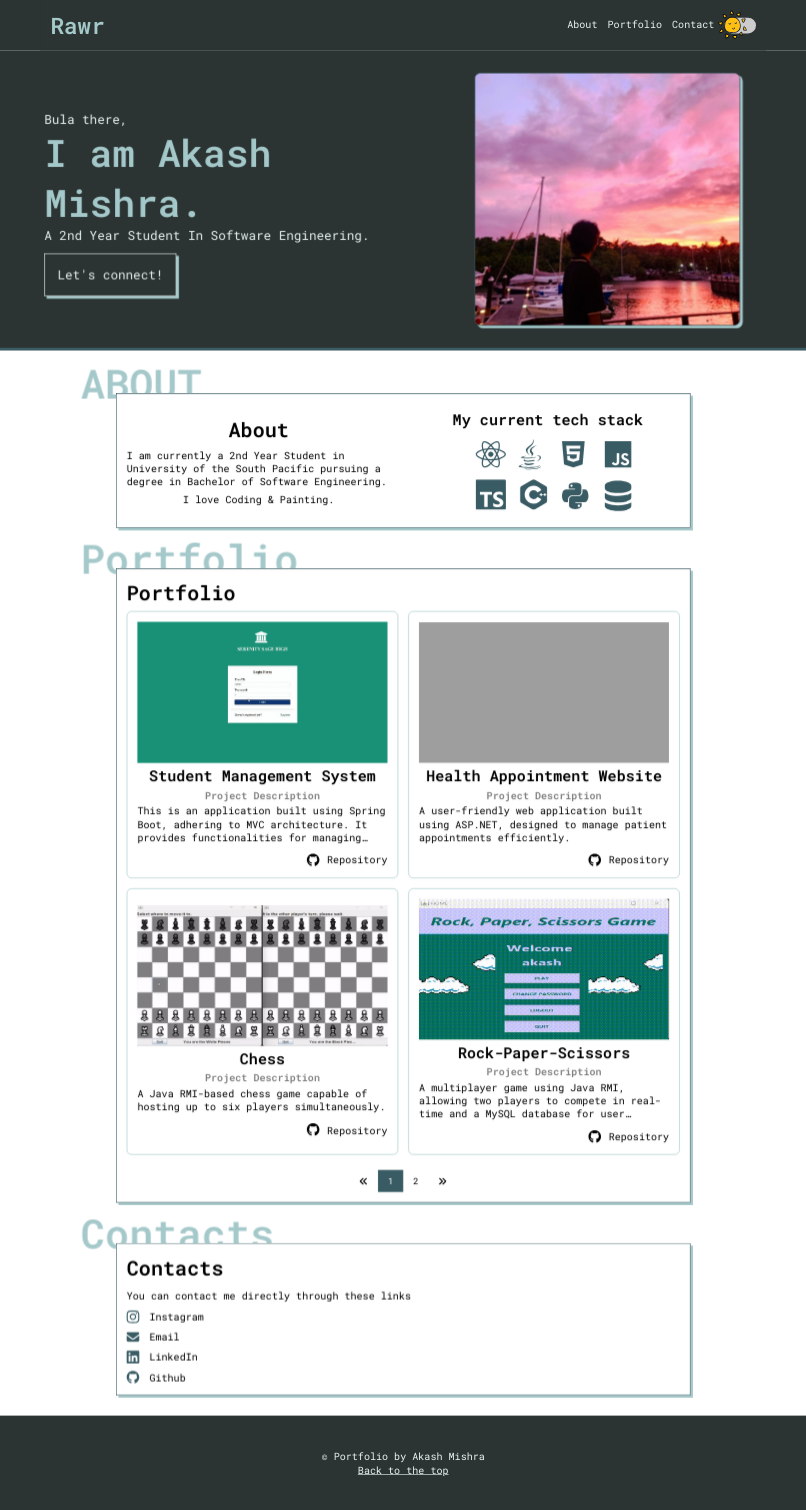
Repository: akashrawr/portfolio
Page: /
The author's editor kept a copy of each file at every save. The page is drawn from the files as they stood at one save, then again after the next save.
The browser window is 1280 px wide. The pictures show the whole page, at 63% of full size.
Pictures or frames that could not be fetched are drawn as grey boxes. The project was rebuilt for these pictures with package versions that can differ from the ones it lists, and the page was loaded fresh each time.

Above is the page before, as saved 2024-12-12 13:42:38.

### public/index.html
<!DOCTYPE html>
<html lang="en">
  <head>
    <meta charset="utf-8" />
    <link rel="icon" href="%PUBLIC_URL%/favicon.ico" />
    <meta name="viewport" content="width=device-width, initial-scale=1" />
    <meta name="theme-color" content="#000000" />
    <meta
      name="description"
      content="Personal web Portfolio"
    />
    <link rel="apple-touch-icon" href="%PUBLIC_URL%/logo192.png" />
    <!--
      manifest.json provides metadata used when your web app is installed on a
      user's mobile device or desktop. See https://developers.google.com/web/fundamentals/web-app-manifest/
    -->
    <link rel="manifest" href="%PUBLIC_URL%/manifest.json" />
    <!--
      Notice the use of %PUBLIC_URL% in the tags above.
      It will be replaced with the URL of the `public` folder during the build.
      Only files inside the `public` folder can be referenced from the HTML.

      Unlike "/favicon.ico" or "favicon.ico", "%PUBLIC_URL%/favicon.ico" will
      work correctly both with client-side routing and a non-root public URL.
      Learn how to configure a non-root public URL by running `npm run build`.
    -->
    <title>akashrawr</title>
  </head>
  <body>
    <noscript>You need to enable JavaScript to run this app.</noscript>
    <div id="root"></div>
    <!--
      This HTML file is a template.
      If you open it directly in the browser, you will see an empty page.

      You can add webfonts, meta tags, or analytics to this file.
      The build step will place the bundled scripts into the <body> tag.

      To begin the development, run `npm start` or `yarn start`.
      To create a production bundle, use `npm run build` or `yarn build`.
    -->
  </body>
</html>

### src/App.js
import React, { useState, useEffect } from 'react';
import './App.css';
import AOS from 'aos';
import 'aos/dist/aos.css';

// Import components
import Header from './components/Header';
import Hero from './components/Hero';
import About from './components/About';
import Portfolio from './components/Portfolio';
import Contact from './components/Contact';
import Footer from './components/Footer';

function App() {
  useEffect(() => {
    AOS.init({ once: true, delay: 0 });
  }, []);

  const [isNavVisible, setIsNavVisible] = useState(false);
  const [darkMode, setDarkMode] = useState(false);

  const toggleNav = () => {
    setIsNavVisible(!isNavVisible);
  };

  const toggleDarkMode = () => {
    setDarkMode(!darkMode);
    document.body.classList.toggle('dark-mode', !darkMode);
  };

  return (
    <div>
      <Header
        isNavVisible={isNavVisible}
        toggleNav={toggleNav}
        darkMode={darkMode}
        toggleDarkMode={toggleDarkMode}
      />
      <main>
        <Hero />
        <About />
        <Portfolio />
        <Contact />
      </main>
      <Footer />
    </div>
  );
}

export default App;

### src/App.css
@import url("https://fonts.googleapis.com/css2?family=Roboto+Mono:wght@300;400;600&display=swap");

:root {
  --primary-color: #2c3333;
  --secondary-color: #395b64;
  --accent-1: #a5c9ca;
  --accent-2: #e7f6f2;
  --neutral-1: black;
  --neutral-2: white;
  --neutral-3: white;
  --neutral-4: black;
  --icon-1: #395b64;

  --dark-primary-color: #121212;
  --dark-secondary-color: #1f1f1f;
  --dark-accent-1: #6c757d;
  --dark-accent-2: #adb5bd;
  --dark-neutral-1: #ffffff;
  --dark-neutral-2: #121212;
  --dark-neutral-3:#1f1f1f;
  --dark-neutral-4: #938f8f;
  --dark-icon-1: #938f8f;

}

*,
*::after,
*::before {
  margin: 0;
  padding: 0;
  font-family: "Roboto Mono", monospace;
  box-sizing: border-box;


}

html {
  scroll-behavior: smooth;
}

body {
  overflow-x: hidden;
  background-color: var(--neutral-3);
  color: var(--neutral-1);
  font-family: "Roboto Mono", monospace;
}

body.dark-mode {
  --primary-color: var(--dark-primary-color);
  --secondary-color: var(--dark-secondary-color);
  --accent-1: var(--dark-accent-1);
  --accent-2: var(--dark-accent-2);
  --neutral-1: var(--dark-neutral-1);
  --neutral-2: var(--dark-neutral-2);
  --neutral-3: var(--dark-neutral-3);
  --neutral-4: var(--dark-neutral-4);
  --icon-1:var(--dark-icon-1);
}


/* Navbar styles */

header {
  display: flex;
  align-items: center;
  justify-content: center;

  max-width: 100vw;
  background-color: var(--primary-color);
}

a {
  font-size: 14px;
  text-decoration: none;
}

h1 {
  font-family: "Roboto Mono", monospace;
}

.navbar-nav {
  display: flex;
  align-items: center;
  justify-content: space-between;
  background-color: var(--primary-color);
  padding: 1rem;
  width: 90%;
}

.nav-logo {
  grid-column: 1;
}

.nav-logo > h1 {
  font-size: 30px;
  color: var(--accent-1);
}

.primary-nav {
  display: flex;
  list-style: none;
  gap: 16px;

  grid-column: 2;
  justify-self: end;
}

.mobile-nav-toggle {
  display: none;
  cursor: pointer;
}

.nav-link:link,
.nav-link:visited {
  font-size: 16px;
  color: var(--accent-2);

  transition: 300ms ease-in-out;
}

.nav-link:hover {
  font-weight: 600;
  color: var(--accent-1);
}


/* Dark mode toggle button */
.theme-toggle {
  background: none;
  border: none;
  cursor: pointer;
  padding: 8px;
  display: flex;
  align-items: center;
}

.nav-icons {
  --size: 30px;
  width: var(--size);
  aspect-ratio: 1;
  cursor: pointer;
}



@media only screen and (max-width: 35em) {
  .primary-nav {
    position: fixed;
    top: 0;
    right: 0;
    bottom: 0;
    width: 125px;

    flex-direction: column;
    padding: min(15vh, 3rem) 1rem;
    background-color: var(--primary-color);
    border-left: 2px solid rgb(111, 111, 111); /* Add this line for the left border */

    z-index: 9999;

    transform: translateX(100%);
    transition: transform 350ms ease-out;
  }


  .nav-link:link,
  .nav-link:visited {
    font-size: 15px;
    color: var(--accent-1);
  }

  .primary-nav[data-visible="true"] {
    transform: translateX(0%);
  }

  .mobile-nav-toggle[aria-expanded="true"] {
    background: url('data:[embedded picture, 416 characters]') center center no-repeat;
  }

  .mobile-nav-toggle {
    display: block;
    position: absolute;
    background: url('data:[embedded picture, 417 characters]') center center no-repeat;

    width: 1.25rem;
    aspect-ratio: 1;

    border: none;

    top: 1.4rem;
    right: 2.5rem;
    z-index: 10000;

    transition: 250ms ease-in-out;
  }
}

/* Section styles */

section {
  display: flex;
  align-items: center;
  justify-content: center;

  max-width: 100vw;
  position: relative;
}

/* HERO SECTION */
#hero {
  background-color: var(--primary-color);
  border-bottom: 4px solid var(--secondary-color);
  padding: 2.2rem;
}

/* Main container for text and image */
.hero-main-container {
  display: flex;
  flex-wrap: wrap;
  align-items: center;
  justify-content: space-between;
  gap: 16px;
}

/* Text Container */
.hero-container {
  flex: 1;
  display: flex;
  flex-direction: column;
  gap: 16px;
  padding: 2.2rem;
  width: 90%;
  height: 350px;
  animation: fade-in 500ms linear forwards;
}

.hero-text-container > h2 {
  font-size: 28px;
  color: var(--accent-1);
}

.hero-text-container > p {
  font-size: 12px;
  color: var(--accent-2);
}

.hero-button {
  align-self: flex-start;

  font-size: 14px;
  padding: 1em;

  color: var(--accent-2);
  background-color: transparent;

  border: 1px solid var(--accent-2);
  box-shadow: 4px 4px 0px var(--accent-1);

  transition: 300ms ease-in-out;
}

.hero-button:hover {
  background-color: var(--accent-2);
  color: var(--primary-color);
  box-shadow: 6px 6px 0px var(--secondary-color);
}

/* Image Container */
.hero-img {
  flex: 1;
  display: flex;
  justify-content: center;
  align-items: center;
}

.hero-image {
  max-width: 75%;
  height: auto;
  border-radius: 10px;
  box-shadow: 0 4px 8px rgba(0, 0, 0, 0.1);
  border: 1px solid var(--secondary-color);
  background-color: var(--neutral-2);

  width: 100%;


  box-shadow: 4px 4px 0px var(--accent-1);
}


/* Responsive Styles */
@media screen and (max-width: 768px) {
  .hero-main-container {
    flex-direction: column;
  }

  .hero-img {
    margin-top: 20px;
  }

  .hero-text-container {
    text-align: left;
  }
}
.hero-text-container > h2 {
  font-size: 20px;
  color: var(--accent-1);
}
.project-card > h3 {
  font-size: 12px;
  color: var(--secondary-color);
}

/* ABOUT */

#about {
  padding: 2rem;
  margin-top: 36px;
  animation: fade-in 500ms linear forwards;

}

.wave-asset {
  width: 100%;
  position: absolute;

  top: 0;
  left: 0;
}

.about-container {
  display: flex;
  align-items: center;
  justify-content: center;
  background-color: var(--neutral-2);
  width: 90%;
  z-index: 999;
}

.about-card,
.portfolio-card,
.contact-card {
  display: flex;
  flex-direction: column;
  gap: 16px;
  border: 1px solid var(--secondary-color);
  background-color: var(--neutral-2);

  width: 100%;
  padding: 1rem;

  box-shadow: 4px 4px 0px var(--accent-1);
}

.about-content,
.portfolio-content {
  width: 100%;
  display: flex;
  flex-direction: column;
  gap: 8px;
}

.about-content > h2,
.about-content > h3 {
  color: var(--neutral-4);
}

.about-content > p {
  font-size: 12px;
  color: var(--neutral-4);
}

.tech-stack-grid {
  width: 65%;
  display: grid;
  grid-template-columns: repeat(4, 1fr);
  place-items: center;
}

.tech-stack {
  --size: 30px;
  width: var(--size);
  aspect-ratio: 1;
}

/* Portfolio container */

#portfolio {
  padding: 2rem;
  animation: fade-in 500ms linear forwards;
}

.portfolio-container {
  width: 90%;
  z-index: 999;
}

.project-container {
  display: grid;
  grid-template-columns: repeat(2, 1fr);
  gap: 16px;
}

.portfolio-content > h2 {
  color: var(--neutral-4);
}

.project-card {
  display: flex;
  flex-direction: column;
  gap: 4px;

  padding: 1rem;
  border-radius: 8px;
  border: 1px solid var(--accent-1);
}

.project-card > h3 {
  color: var(--neutral-4);
}

.project-card > h5 {
  color: var(--neutral-4);
  opacity: 0.5;
}

.project-card > p {
  font-size: 12px;
  width: 100%;
  display: -webkit-box;
  -webkit-box-orient: vertical;
  -webkit-line-clamp: 3;
  overflow: hidden;
  color: var(--neutral-4);
}

.project-img {
  width: 100%;
  aspect-ratio: 16/9;
}

.project-card-links {
  align-self: flex-end;

  margin-top: 10px;
  display: flex;
  align-items: center;
  gap: 12px;
}

.project-icons {
  --size: 20px;
  width: var(--size);
  aspect-ratio: 1;
}

.project-card-links > a {
  display: flex;
  align-items: center;
  color: var(--neutral-4);
  font-size: 10px;
  gap: 4px;
}

.project-card-links > a:link,
.project-card-links > a:visited {

  color: var(--neutral-4);
}

.project-card-links > a:hover {
  font-weight: 600;
  color: var(--accent-1);
}

/* CONTACT */
#contact {
  padding: 2rem;
  animation: fade-in 500ms linear forwards;
}

.contact-container {
  width: 90%;
  z-index: 999;
}

.contact-card {
  width: 100%;
  gap: 12px;
}
.contact-card > h2 {
    color: var(--neutral-4);
}

.contact-card > p {
  font-size: 12px;
  color: var(--neutral-4);
}

.contact-links {
  display: flex;
  flex-direction: column;
  gap: 8px;
}

.contact-links > a {
  display: flex;
  align-items: center;
  gap: 8px;
}

.contact-links > a:link,
.contact-links > a:visited {
  color: var(--neutral-4);
}

.contact-links > a:hover {
  font-weight: 600;
  color: var(--accent-1);
}
.contact-icons {
  --size: 20px;
  width: var(--size);
  aspect-ratio: 1;
}

/* extras */
.section-highlight {
  font-size: 4rem;
  font-weight: 600;
  opacity: 0.5;
  color: var(--accent-1);

  position: absolute;
  top: 0;
  left: 100px;
}

/* footer */
footer {
  display: flex;
  align-items: center;
  justify-content: center;
  color: var(--accent-2);
  max-width: 100vw;
  background-color: var(--primary-color);
  min-height: 150px;
}

.footer-content {
  text-align: center;
  font-size: 12px;
  width: 90%;

  color: var(--accent-2);
}

.footer-content > a {
  text-decoration: underline;
}

.footer-content > a:link,
.footer-content > a:visited {
  color: var(--accent-2);
}

.footer-content > a:hover {
  color: var(--accent-1);
}
/* media queries */

@media only screen and (max-width: 35em) {
  .hero-container {
    padding: 1rem;
    height: 200px;
  }
  .project-container {
    grid-template-columns: 1fr;
  }
  .tech-stack-grid {
    width: 100%;
  }
  .section-highlight {
    font-size: 3.5rem;
    top: -16px;
    left: 6vw;
  }
}

@media only screen and (min-width: 35em) {
  .hero-container {
    height: 250px;
  }
  .about-container,
  .portfolio-container,
  .contact-container {
    width: 75%;
  }

  .about-card,
  .portfolio-card {
    align-items: center;
    justify-content: center;
    flex-direction: row;
    gap: 20px;
  }

  .section-highlight {
    top: -26px;
    left: 10vw;
  }
}

@media only screen and (min-width: 768px) {
  .nav-logo > h1 {
    font-size: 36px;
  }

  /* hero */
  .hero-container {
    height: 350px;
  }

  .hero-text-container > p {
    font-size: 20px;
  }

  .hero-text-container > h2 {
    font-size: 60px;
  }

  .hero-button {
    font-size: 20px;
  }

  /* about */
  .about-card {
    gap: 40px;
  }

  .about-content > h2 {
    font-size: 32px;
  }

  .about-content > h3 {
    font-size: 24px;
  }

  .about-content > p {
    font-size: 16px;
  }

  .tech-stack-section {
    align-self: flex-start;
    margin-top: 8px;
  }

  .tech-stack {
    --size: 40px;
    width: var(--size);
    aspect-ratio: 1;
  }

  /* portfolio */
  .portfolio-content > h2 {
    font-size: 32px;
  }

  .project-card > h3 {
    font-size: 24px;
  }

  .project-card > h5,
  .project-card > p {
    font-size: 16px;
  }

  .project-card-links > a {
    font-size: 16px;
  }

  /* contacts */
  .contact-card > h2 {
    font-size: 32px;
  }

  .contact-card > p {
    font-size: 16px;
  }

  .contact-links > a {
    font-size: 16px;
  }
  .footer-content,
  .footer-content > a {
    font-size: 16px;
  }
}

@media only screen and (min-width: 1024px) {
  .section-highlight {
    top: -26px;
    left: 10vw;
  }
}

@keyframes fade-in {
  0% {
    opacity: 0;
  }
  100% {
    opacity: 1;
  }
}

/* Adjust specific sections as needed for React-specific behaviors */
.primary-nav.visible {
  transform: translateX(0%);
}

/* The switch - the box around the slider */
.switch {
  position: relative;
  display: inline-block;
  width: 50px;
  height: 25px;
}

/* Hide default HTML checkbox */
.switch input {
  opacity: 0;
  width: 0;
  height: 0;
}

/* The slider */
.slider {
  position: absolute;
  cursor: pointer;
  top: 0;
  left: 0;
  right: 0;
  bottom: 0;
  background-color: #ccc;
  -webkit-transition: .4s;
  transition: .4s;
  border-radius: 25px; /* Rounded edges for the slider */
  display: flex;

  align-items: center;
}

/* Adjust the icon size to 48x48 pixels */
.slider .icon {
  position: absolute;
  width: 48px;
  height: 48px;
  transition: .4s;
}

/* When the input is checked (dark mode is on) */
input:checked + .slider {
  background-color: #3e4346; /* Change background color on check */
}

input:focus + .slider {
  box-shadow: 0 0 1px #2196F3;
}

/* Move the icons when the input is checked (dark mode) */
input:checked + .slider .icon {
  transform: translateX(20px); /* Move the icon to the right */
}

/* Default state (light mode) */
input:not(:checked) + .slider .icon {
  transform: translateX(-15px) translateY(-2px); /* Icon remains in the default position */
  width: 52px; /* Further reduced icon size for very small screens */
  height: 52px; /* Further reduced icon size for very small screens */
}

.about-icon {
  color: var(--icon-1); /* Change to any shade of blue you prefer */
  font-size: 3rem; /* Adjust size as needed */
  margin: 0.5rem;
}

.project-icons {
  margin-right: 0.5rem; /* Space between icon and text */
  font-size: 1.5rem; /* Adjust icon size */
  color: inherit; /* Match the color of the link */
}

.contact-icons {
  margin-right: 0.5rem; /* Space between icon and text */
  font-size: 1.5rem; /* Adjust icon size */
  color: var(--icon-1);
}

/* Responsive Adjustments */
@media (max-width: 768px) {
  .about-icon {
    font-size: 2.5rem; /* Slightly smaller on smaller devices */
    margin: 0.4rem;
  }

  .project-icons {
    font-size: 1.2rem; /* Smaller icon size on smaller screens */
    margin-right: 0.4rem;
  }

  .contact-icons {
    font-size: 1.2rem; /* Smaller icon size on smaller screens */
    margin-right: 0.4rem;
  }
}

@media (max-width: 480px) {
  .about-icon {
    font-size: 2rem; /* Even smaller on very small devices */
    margin: 0.3rem;
  }

  .project-icons {
    font-size: 1rem; /* Further reduced icon size for very small screens */
    margin-right: 0.3rem;
  }

  .contact-icons {
    font-size: 1rem; /* Further reduced icon size for very small screens */
    margin-right: 0.3rem;
  }
}

.pagination {
  display: flex;
  justify-content: center;
  align-items: center;
  margin-top: 1rem;
}

.pagination a {
  color: var(--neutral-4);
  padding: 8px 16px;
  text-decoration: none;
}

.pagination a.active {
  background-color: #395b64;
  color: white;
}

.pagination a:disabled {
  color: grey;
  pointer-events: none;
}

/* Responsive Adjustments */
@media (max-width: 768px) {
  .pagination a {
    padding: 6px 12px; /* Smaller padding for smaller screens */
    font-size: 0.9rem; /* Slightly smaller font size */
  }

  .pagination {
    margin-top: 0.75rem; /* Adjust margin top for smaller screens */
  }
}

@media (max-width: 480px) {
  .pagination a {
    padding: 4px 8px; /* Even smaller padding for very small screens */
    font-size: 0.8rem; /* Smaller font size for very small screens */
  }

  .pagination {
    margin-top: 0.5rem; /* Adjust margin top for very small screens */
  }
}

### src/components/Hero.js
import React from 'react';

function Hero() {
  return (
    <section id="hero">
      <div className="hero-main-container">
        {/* Text and Button Container */}
        <div className="hero-container">
          <div className="hero-text-container" data-aos="fade-up">
            <p>Bula there,</p>
            <h2>I am Akash Mishra.</h2>
            <p>A 2nd Year Student In Software Engineering.</p>
          </div>
          <a href="#contact" className="hero-button" data-aos="fade-up">
            Let's connect!
          </a>
        </div>

        {/* Image Container */}
        <div className="hero-img" data-aos="fade-up">
          <img className="hero-image" src="./assets/images/akash.jpg" alt="akash" />
        </div>
      </div>
    </section>
  );
}

export default Hero;

### src/components/Footer.js
import React from 'react';

function Footer() {
  return (
    <footer>
      <div className="footer-content">
        © Portfolio by Akash Mishra <br/>
        <a href="#hero">Back to the top</a>
      </div>
    </footer>
  );
}

export default Footer;

Loaded but not shown: src/index.js (common file); src/index.css (common file); src/reportWebVitals.js (common file); src/components/Portfolio.js (95 lines, source omitted); src/data/projects.js (61 lines, source omitted); src/components/About.js (54 lines, source omitted); src/components/Header.js (58 lines, source omitted); src/components/Contact.js (48 lines, source omitted)

After the next save:
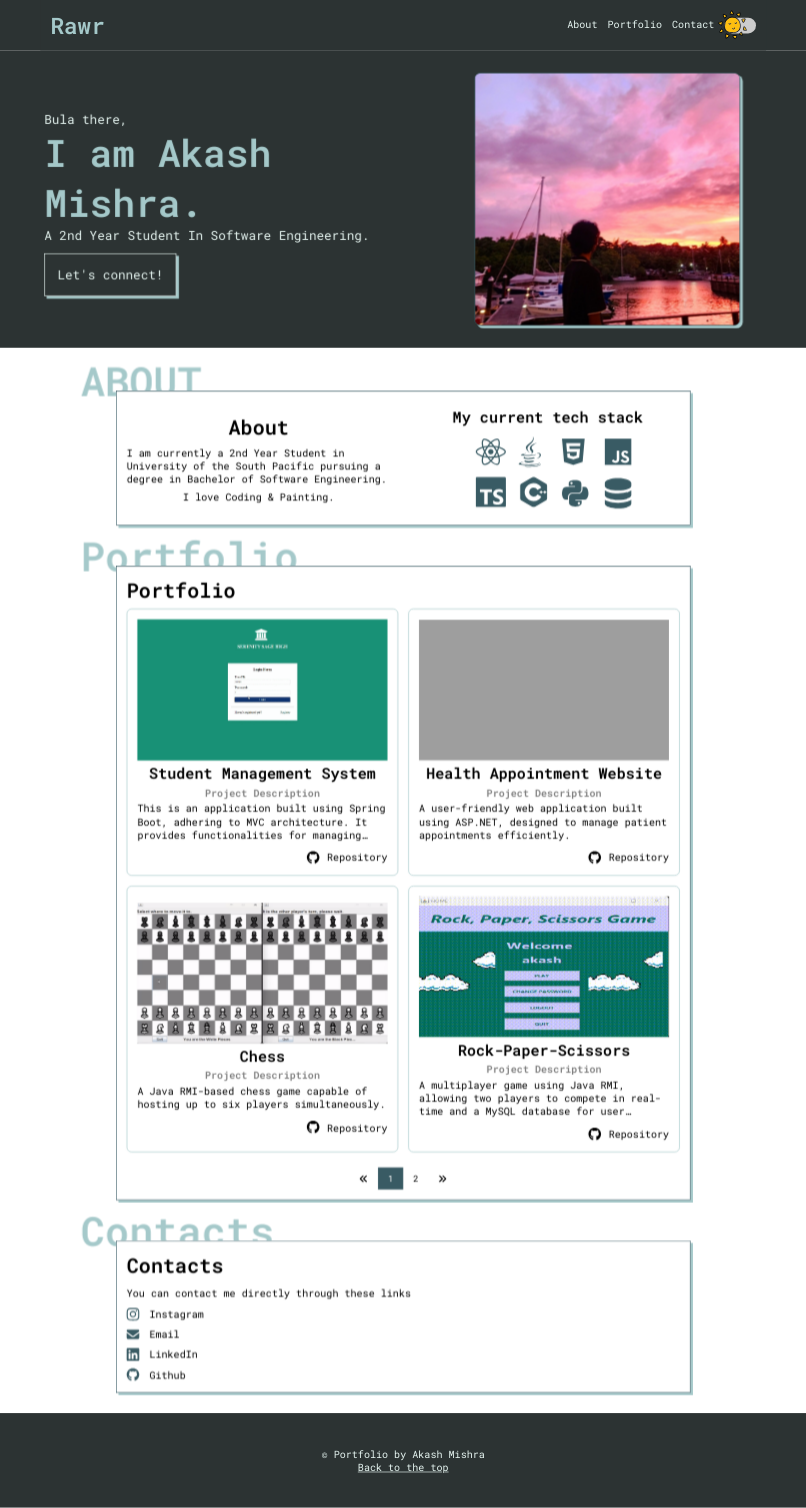
Saved 5 h 50 min later.
--- a/src/App.css
+++ b/src/App.css
@@ -209,7 +209,7 @@
 /* HERO SECTION */
 #hero {
   background-color: var(--primary-color);
-  border-bottom: 4px solid var(--secondary-color);
+  border-bottom: 4px solid var(pink);
   padding: 2.2rem;
 }
 

After the 3 saves that followed:
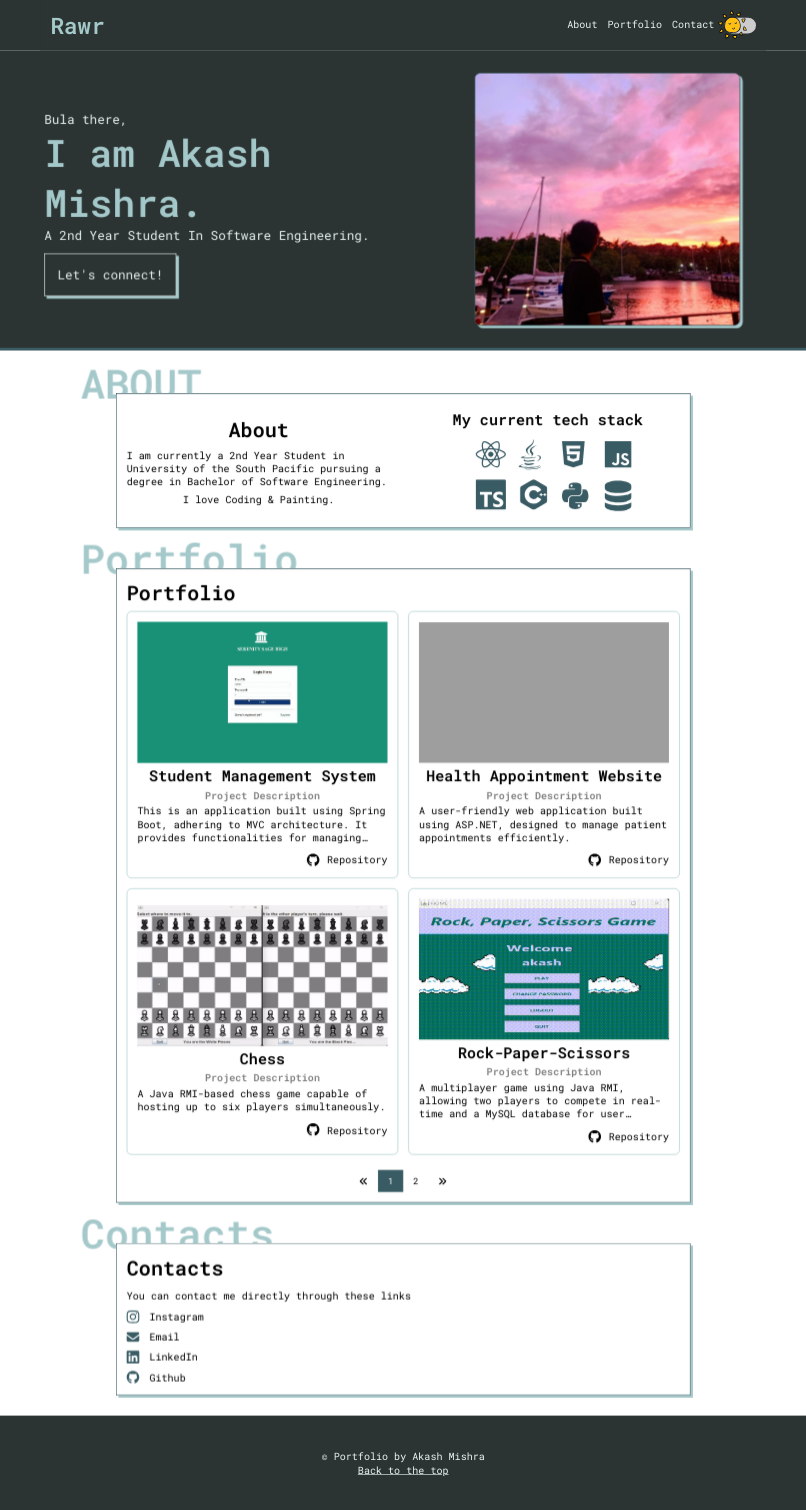
The 3 saves are shown as one change because 2 left the picture as it was.
The last was saved 82 s later.
--- a/src/App.css
+++ b/src/App.css
@@ -209,7 +209,7 @@
 /* HERO SECTION */
 #hero {
   background-color: var(--primary-color);
-  border-bottom: 4px solid var(pink);
+  border-bottom: 4px solid var(--secondary-color);
   padding: 2.2rem;
 }
 
